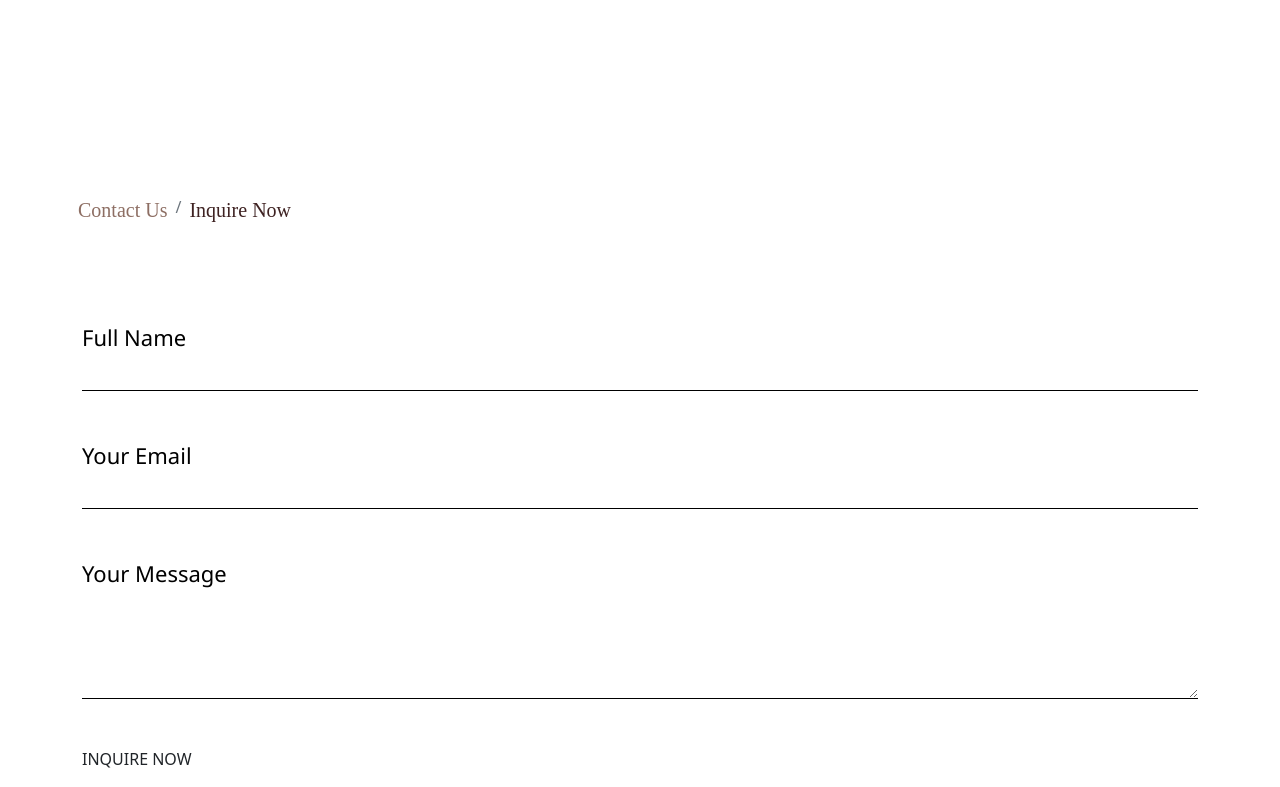
Repository: kaushalyaweerakoon/Plantation-Villa
Page: contact-us.html
An editor plug-in stored every save of this project. The page is shown before and after a run of saves, followed by the edit.
The browser window is 1280 px wide. The pictures show the part of the page from y = 1246 to 2198 px (the page is 2033 px tall before and 2198 px after).
Pictures or frames that could not be fetched are drawn as grey boxes. Some web fonts or font styles are not loaded; a fallback is used.

Above is the page before, as saved 2022-08-15 16:19:51.
Not found: assets/js/main.js

After the next 3 saves:
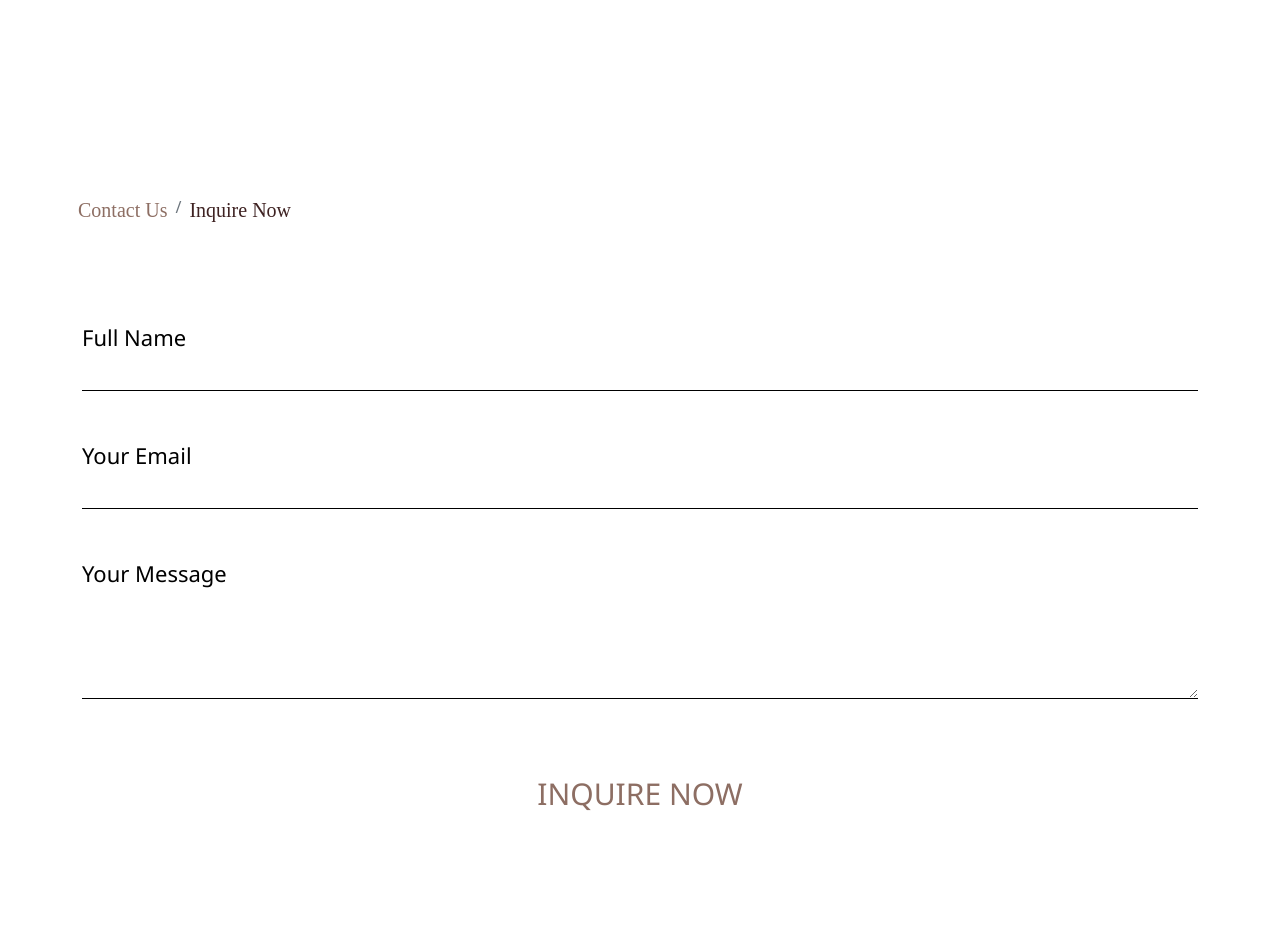
The 3 saves are shown as one change because they came seconds apart.
The last was saved 17 s later.
--- a/contact-us.html
+++ b/contact-us.html
@@ -143,8 +143,8 @@
     </div>
 </section>
 
-<section class="container">
-    <p class="">INQUIRE NOW</p>
+<section class="container mt-md-4 mt-3 mb-5 pb-4">
+    <p class="title">INQUIRE NOW</p>
     </div>
 </section>
 
